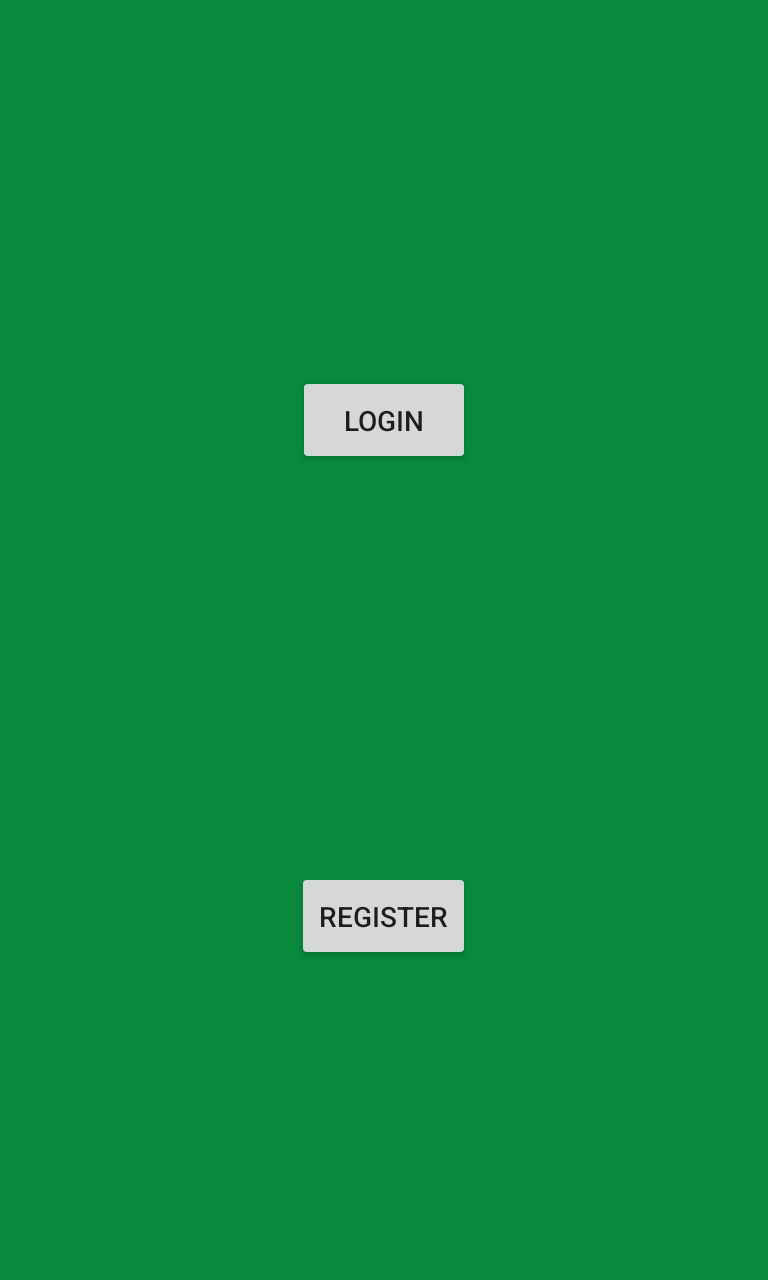
Repository: janemuthoni/icon
Layout: Exam/res/layout/welcome.xml
The author's editor kept a copy of each file at every save. The layout is drawn from the files as they stood at one save, then again after the next save.
It is drawn on a 768 x 1280 px phone screen (xhdpi) without system bars, with theme AppTheme; the app's code is not run.

Above is the layout before, as saved 2014-08-07 07:48:47.

After the next save:
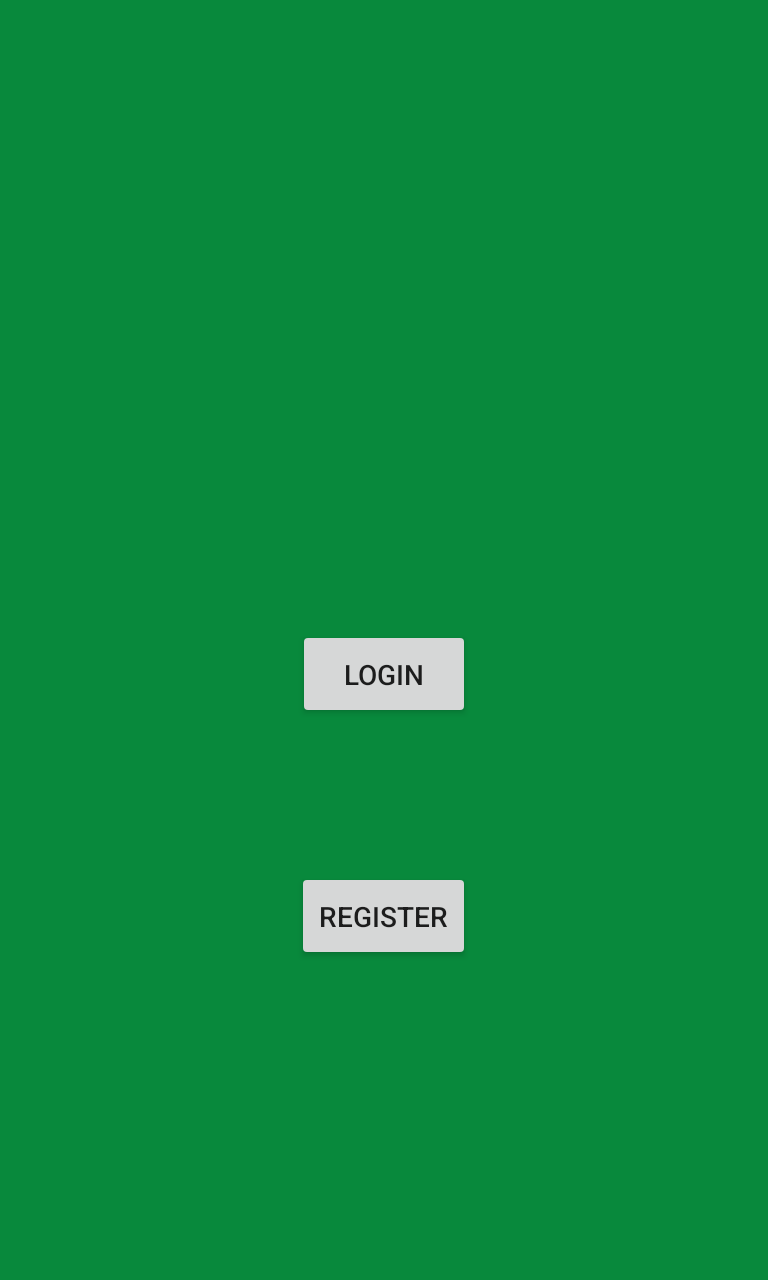
Saved 8 s later.
--- a/Exam/res/layout/welcome.xml
+++ b/Exam/res/layout/welcome.xml
@@ -11,7 +11,7 @@
         android:layout_height="wrap_content"
         android:layout_above="@+id/buttonregister"
         android:layout_centerHorizontal="true"
-        android:layout_marginBottom="200dp"
+        android:layout_marginBottom="73dp"
         android:text="@string/buttonLogin" />
 
     <Button
